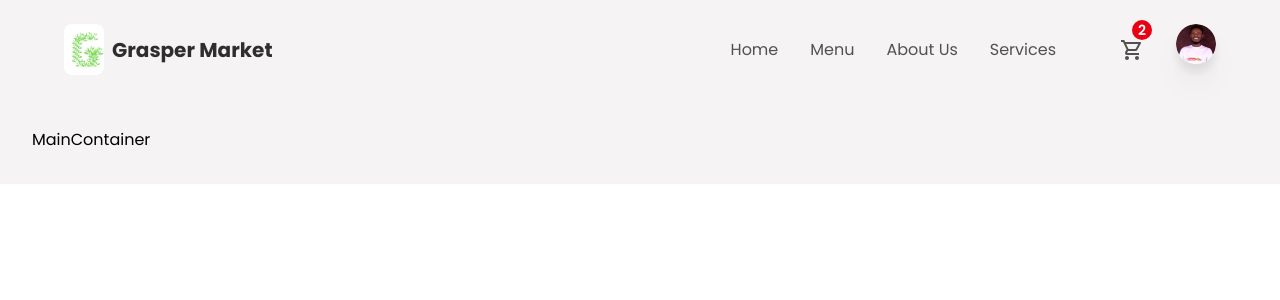
Repository: emorilebo/food-training
Page: /
An editor plug-in stored every save of this project. The page is shown before and after a run of saves, followed by the edit.
The browser window is 1280 px wide. The pictures show the whole page.
The project was rebuilt for these pictures with package versions that can differ from the ones it lists, and the page was loaded fresh each time. Also part of the build but not shown: src/components/CreateContainer.jsx.

Above is the page before, as saved 2022-10-02 18:57:46.

After the next 2 saves:
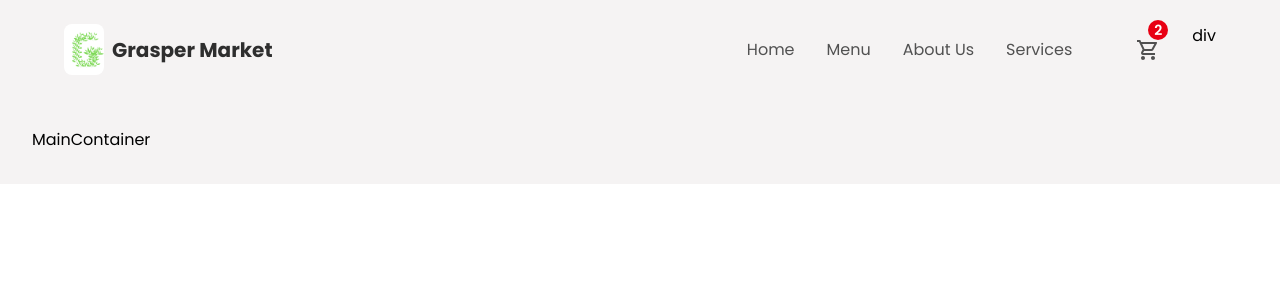
The 2 saves are shown as one change because they came seconds apart.
The last was saved 103 s later.
--- a/src/components/Header.jsx
+++ b/src/components/Header.jsx
@@ -37,7 +37,8 @@
             <p className="text-sm text-white font-semibold">2</p>
           </div>
         </div>
-        <motion.img whileTap={{ scale: 0.6 }} className=" rounded-full w-10 min-w-[40px] h-10 min-h-[40px] drop-shadow-xl cursor-pointer" src={Avatar} alt="profile" />
+
+        div
        </div>
       </div>
 

After the 3 saves that followed:
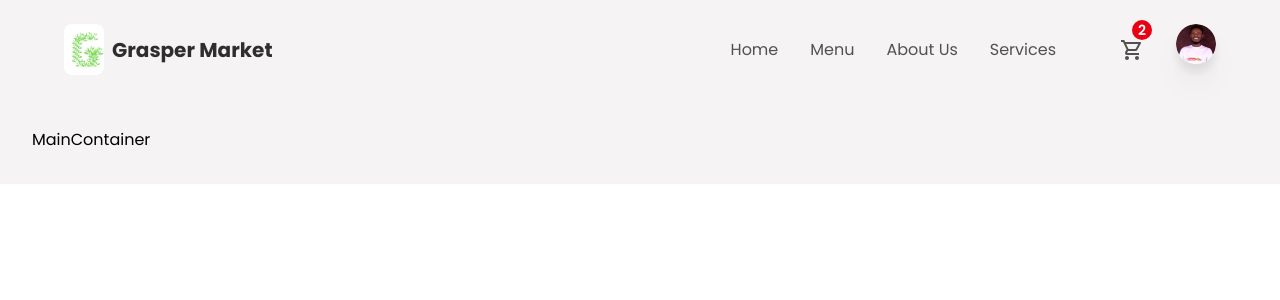
The 3 saves are shown as one change because they came seconds apart.
The last was saved 18 s later.
--- a/src/components/Header.jsx
+++ b/src/components/Header.jsx
@@ -15,31 +15,38 @@
           <p className="text-xl font-bold text-headingColor">Grasper Market</p>
         </Link>
 
-       <div className="flex  gap-x-8">
-       <ul className="flex items-center gap-x-8 ">
-          <li className="text-base text-textColor cursor-pointer hover:text-headingColor duration-100 transition-all ease-in-out">
-            Home
-          </li>
-          <li className="text-base text-textColor cursor-pointer hover:text-headingColor duration-100 transition-all ease-in-out">
-            Menu
-          </li>
-          <li className="text-base text-textColor cursor-pointer hover:text-headingColor duration-100 transition-all ease-in-out">
-            About Us
-          </li>
-          <li className="text-base text-textColor cursor-pointer hover:text-headingColor duration-100 transition-all ease-in-out">
-            Services
-          </li>
-        </ul>
+        <div className="flex  gap-x-8">
+          <ul className="flex items-center gap-x-8 ">
+            <li className="text-base text-textColor cursor-pointer hover:text-headingColor duration-100 transition-all ease-in-out">
+              Home
+            </li>
+            <li className="text-base text-textColor cursor-pointer hover:text-headingColor duration-100 transition-all ease-in-out">
+              Menu
+            </li>
+            <li className="text-base text-textColor cursor-pointer hover:text-headingColor duration-100 transition-all ease-in-out">
+              About Us
+            </li>
+            <li className="text-base text-textColor cursor-pointer hover:text-headingColor duration-100 transition-all ease-in-out">
+              Services
+            </li>
+          </ul>
 
-        <div className="flex relative items-center justify-center">
-          <MdOutlineShoppingCart className="text-textColor text-2xl ml-8 cursor-pointer"/>
-          <div className="absolute -top-1 -right-2 w-5 h-5 rounded-full bg-cartNumBg flex items-center justify-center">
-            <p className="text-sm text-white font-semibold">2</p>
+          <div className="flex relative items-center justify-center">
+            <MdOutlineShoppingCart className="text-textColor text-2xl ml-8 cursor-pointer" />
+            <div className="absolute -top-1 -right-2 w-5 h-5 rounded-full bg-cartNumBg flex items-center justify-center">
+              <p className="text-sm text-white font-semibold">2</p>
+            </div>
+          </div>
+
+          <div>
+            <motion.img
+              whileTap={{ scale: 0.6 }}
+              className=" rounded-full w-10 min-w-[40px] h-10 min-h-[40px] drop-shadow-xl cursor-pointer"
+              src={Avatar}
+              alt="profile"
+            />
           </div>
         </div>
-
-        div
-       </div>
       </div>
 
       {/* mobile */}
